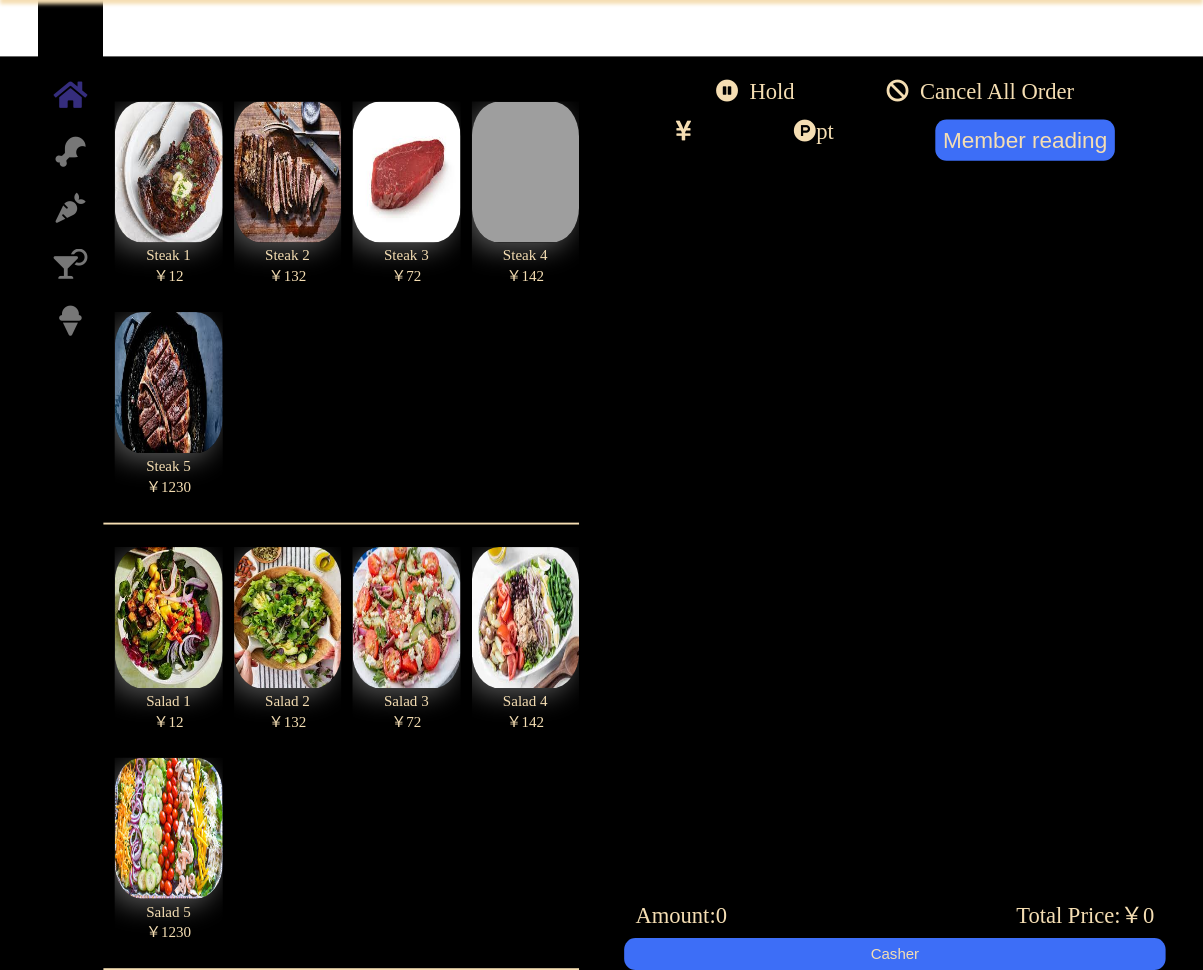
Repository: vuhungson158/Menu
Page: /
An editor plug-in stored every save of this project. The page is shown before and after the next save, followed by the edit.
The browser window is 1280 px wide. The pictures show the whole page, at 94% of full size.
Pictures or frames that could not be fetched are drawn as grey boxes. The project was rebuilt for these pictures with package versions that can differ from the ones it lists, and the page was loaded fresh each time. Also part of the build but not shown: src/component/mainMenu/orderBlock/orderContent/OrderedItem.jsx, src/redux-store/actions/HoldActions.jsx, src/component/mainMenu/orderBlock/utilities/HoldItem.jsx.

Above is the page before, as saved 2021-08-22 10:26:28.

After the next save:
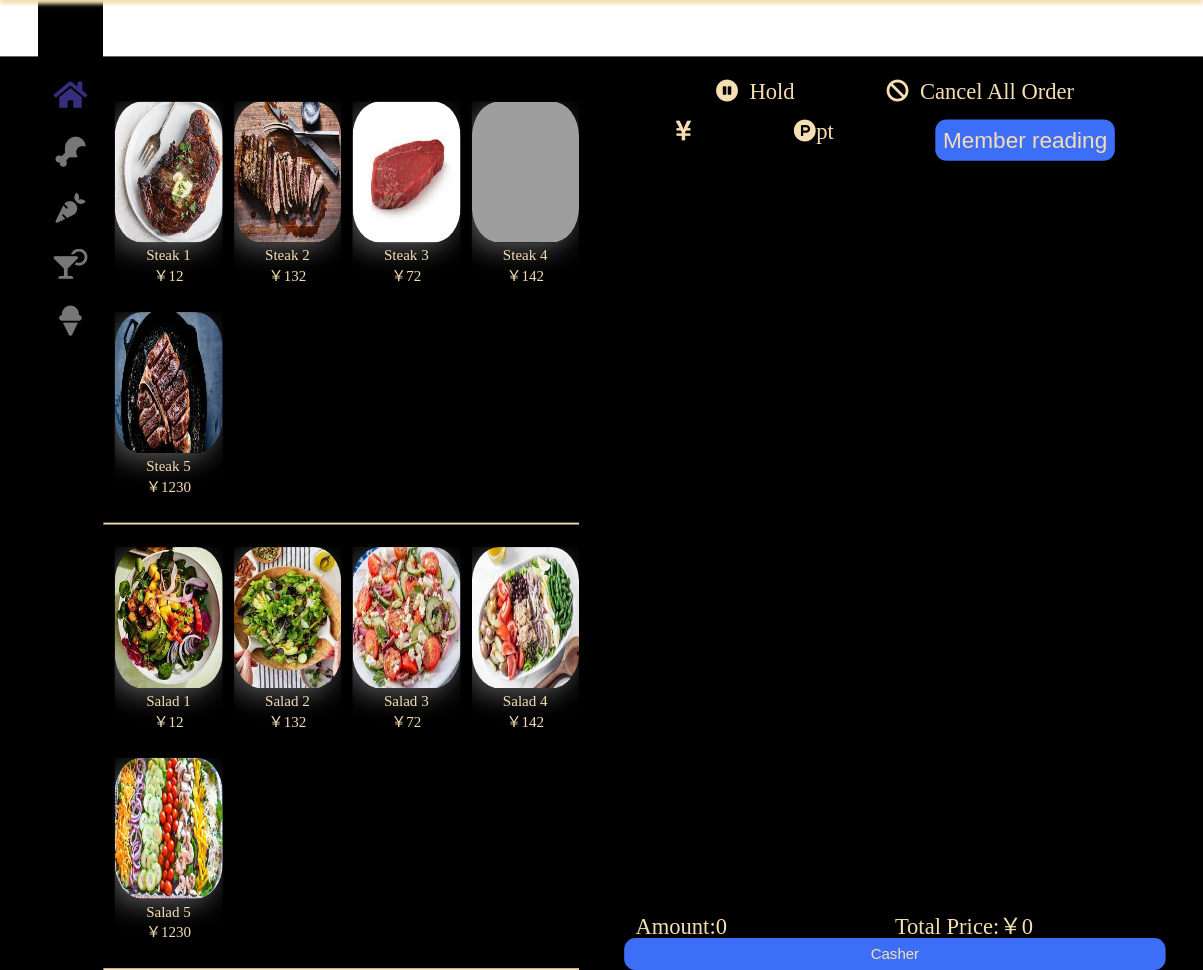
Saved 2 min 11 s later.
--- a/src/styles/App.scss
+++ b/src/styles/App.scss
@@ -333,11 +333,12 @@ body {
                 }
                 #total {
                     display: flex;
-                    justify-content: space-between;
                     color: $color_1st;
                     font-size: 1.5rem;
                     margin: 0 12px;
-                    margin-bottom: 12px;
+                    & > div {
+                        width: 50% ;
+                    }
                 }
                 #casher-btn {
                     border-radius: 12px;
